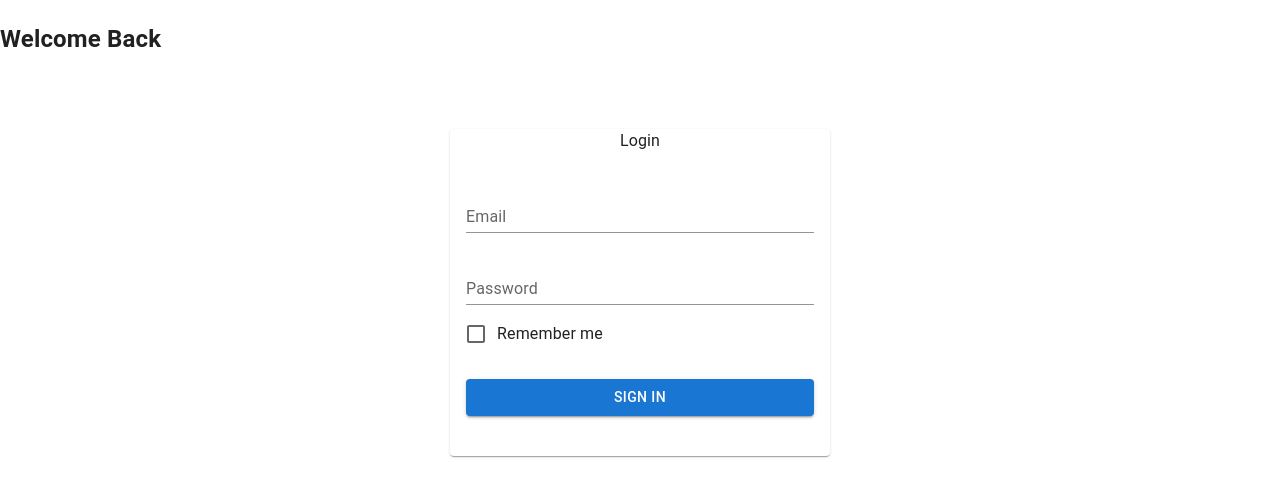
Repository: NGHIAVN1/Note
Page: /
The author's editor kept a copy of each file at every save. The page is drawn from the files as they stood at one save, then again after the next save.
The browser window is 1280 px wide. The pictures show the whole page.
The project was rebuilt for these pictures with package versions that can differ from the ones it lists, and the page was loaded fresh each time. Also part of the build but not shown: vite.config.js, src/Register.jsx, src/Pet.jsx, src/useBreedList.jsx, src/SearchParams.jsx.

Above is the page before, as saved 2024-03-05 18:44:59.

### src/index.html
<!DOCTYPE html>
<html lang="en">

<head>
  <meta charset="UTF-8">
  <meta name="viewport" content="width=device-width, initial-scale=1.0">
  <meta http-equiv="X-UA-Compatible" content="ie=edge">
  <title>Adopt Me</title>
</head>

<body>
  <div id="root">not rendered</div>
  <script type="module" src="./App.jsx">
    // Your code is going to go here

  </script>
</body>

</html>

### src/App.jsx
import React from "react";
import "./Register";
import "./LoginPages";
import "./SearchParams";
import { createRoot } from "react-dom/client";
import SearchParams from "./SearchParams";
import RegisterUser from "./Register";
import LoginPage from "./LoginPages";

const App = () => {
  return (
    <div>
      <h1></h1>
      <h2>Welcome Back</h2>
      <LoginPage />
    </div>
  );
};

const container = document.getElementById("root");
const root = createRoot(container);
root.render(React.createElement(App));

### src/LoginPages.jsx
import {
  CardContent,
  CardHeader,
  CssBaseline,
  TextField,
  Typography,
} from "@mui/material";
import Container from "@mui/material/Container";
import Card from "@mui/material/Card";
import { dark } from "@mui/material/styles/createPalette";
import Box from "@mui/material/Box";
import FormControlLabel from "@mui/material/FormControlLabel";
import Button from "@mui/material/Button";
import Checkbox from "@mui/material/Checkbox";
import Grid from "@mui/material/Grid";
// const defaultTheme = createTheme();
const LoginPage = () => {
  return (
    <div>
      <Container component="main" maxWidth="xs">
        <CssBaseline />
        <Box
          sx={{
            marginTop: 8,
            display: "flex",
            flexDirection: "column",
            alignItems: "center",
          }}
        >
          <Card
            sx={{
              margin: 1,
              display: "flex",
              flexDirection: "column",
              alignItems: "center",
            }}
          >
            <Typography sx={{ frontSize: 20 }} color={dark}>
              Login
            </Typography>
            <Box component="form" submit>
              <CardContent>
                <TextField
                  variant="standard"
                  label="Email"
                  fullWidth
                  margin="normal"
                  id="password"
                />
                <TextField
                  variant="standard"
                  id="password"
                  label="Password"
                  fullWidth
                  margin="normal"
                />
                <FormControlLabel
                  control={<Checkbox value="remember" color="primary" />}
                  label="Remember me"
                />
                <Button
                  type="submit"
                  fullWidth
                  variant="contained"
                  sx={{ mt: 3, mb: 2 }}
                >
                  Sign In
                </Button>
              </CardContent>
            </Box>
          </Card>
        </Box>
      </Container>
    </div>
  );
};
export default LoginPage;

After the next save:
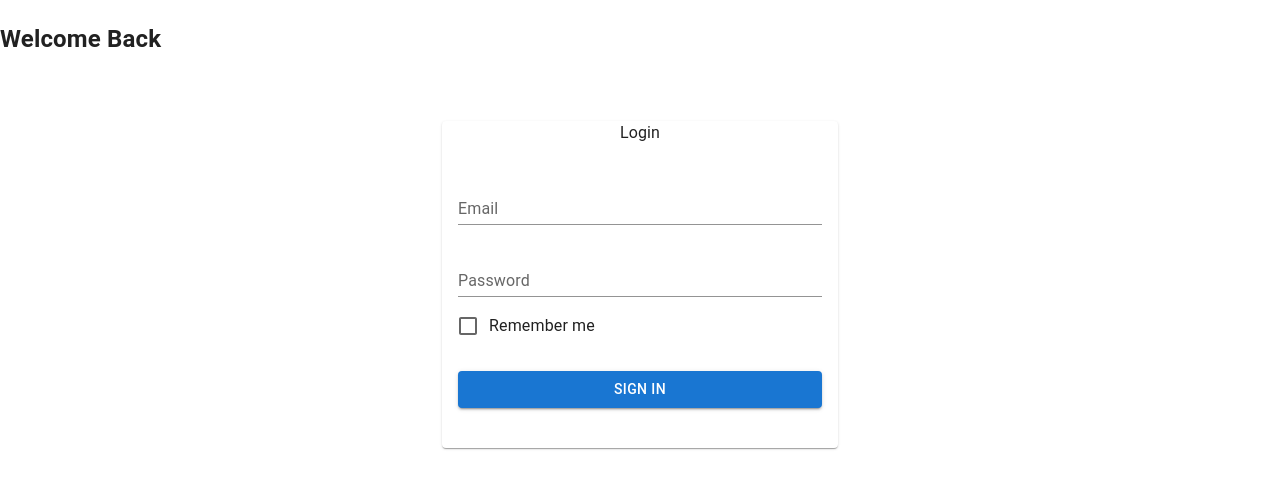
Saved 29 min 51 s later.
--- a/src/LoginPages.jsx
+++ b/src/LoginPages.jsx
@@ -29,7 +29,7 @@ const LoginPage = () => {
         >
           <Card
             sx={{
-              margin: 1,
+              marginBottom: 10,
               display: "flex",
               flexDirection: "column",
               alignItems: "center",
